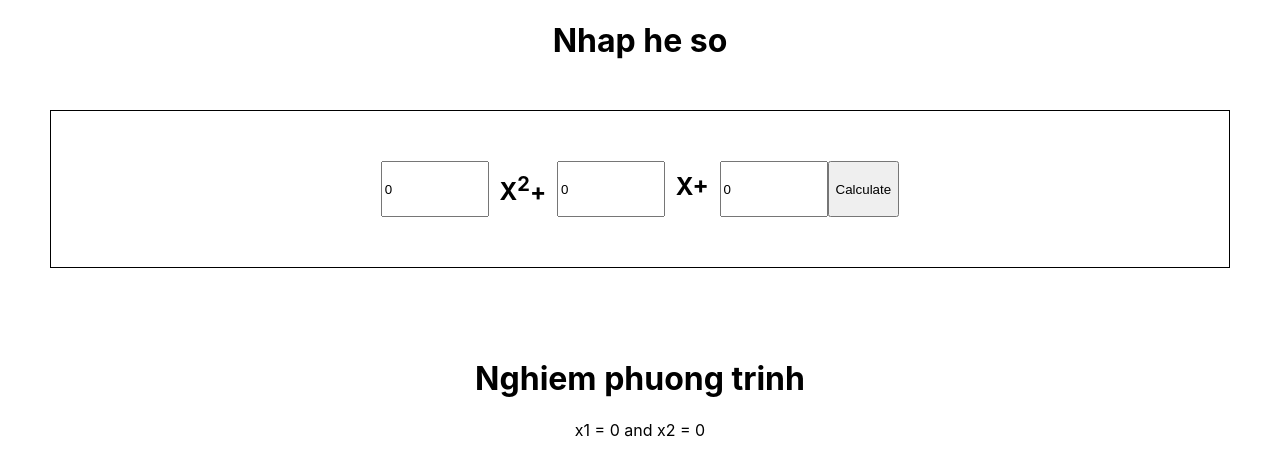
Repository: Trinvm1997/ReactExercise
Page: / (app in quadratic_equation/)
The author's editor kept a copy of each file at every save. The page is drawn from the files as they stood at one save, then again after the next save.
The browser window is 1280 px wide. The pictures show the whole page.
The project was rebuilt for these pictures with package versions that can differ from the ones it lists, and the page was loaded fresh each time.

Above is the page before, as saved 2020-12-24 10:24:06.

### quadratic_equation/src/App.js
import './App.css';
import React, { Component } from 'react';

class App extends Component {
  constructor(props) {
    super(props);
    this.state = {
      inputA:0,
      inputB:0,
      inputC:0,
      x1:0,
      x2:0

    };
    this.handleChange = this.handleChange.bind(this);
    this.handleSubmit = this.handleSubmit.bind(this);

  }

  handleChange(event) {
    const value = event.target.value;
    const name = event.target.name;
    this.setState({
      [name]: value
    });
  }

  handleSubmit(event) {
    event.preventDefault();
    if(Math.pow(this.state.inputB,2) - 4*this.state.inputA*this.state.inputC < 0){
      this.setState({
          x1: "undefined",
          x2: "undefined"
        });
    }else{
      this.setState({
      x1: (- this.state.inputB + Math.sqrt(Math.pow(this.state.inputB,2) - 4*this.state.inputA*this.state.inputC))/(2*this.state.inputA),
      x2: (- this.state.inputB - Math.sqrt(Math.pow(this.state.inputB,2) - 4*this.state.inputA*this.state.inputC))/(2*this.state.inputA)
    });
  }
}




  render() {
    return (
      <div className="App">
        <h1>Nhap he so</h1>
        <form>
          <input type="number" name="inputA" value={this.state.inputA} onChange={this.handleChange}></input>
          <h2>X<sup>2</sup>+</h2>
          <input type="number" name="inputB" value={this.state.inputB} onChange={this.handleChange}></input>
          <h2>X+</h2>
          <input type="number" name="inputC" value={this.state.inputC} onChange={this.handleChange}></input>
          <button onClick={this.handleSubmit}>Calculate</button>
        </form>
        <br/>
        <h1>Nghiem phuong trinh</h1>
        <p>x1 = {this.state.x1} and x2 = {this.state.x2}</p>
      </div>
    );
  }
}

export default App;

### quadratic_equation/src/App.css
.App {
  text-align: center;
}

.App-logo {
  height: 40vmin;
  pointer-events: none;
}

@media (prefers-reduced-motion: no-preference) {
  .App-logo {
    animation: App-logo-spin infinite 20s linear;
  }
}

.App-header {
  background-color: #282c34;
  min-height: 100vh;
  display: flex;
  flex-direction: column;
  align-items: center;
  justify-content: center;
  font-size: calc(10px + 2vmin);
  color: white;
}

.App-link {
  color: #61dafb;
}

form {
  display: flex;
  justify-content: center;
  border: 1px solid black;
  margin: 50px;
  padding: 50px;
}

h2 {
  margin: 1%;
}

input {
  width: 100px;
}

@keyframes App-logo-spin {
  from {
    transform: rotate(0deg);
  }
  to {
    transform: rotate(360deg);
  }
}

Loaded but not shown: quadratic_equation/public/index.html (common file); quadratic_equation/src/index.js (common file); quadratic_equation/src/index.css (common file); quadratic_equation/src/reportWebVitals.js (common file)

After the next save:
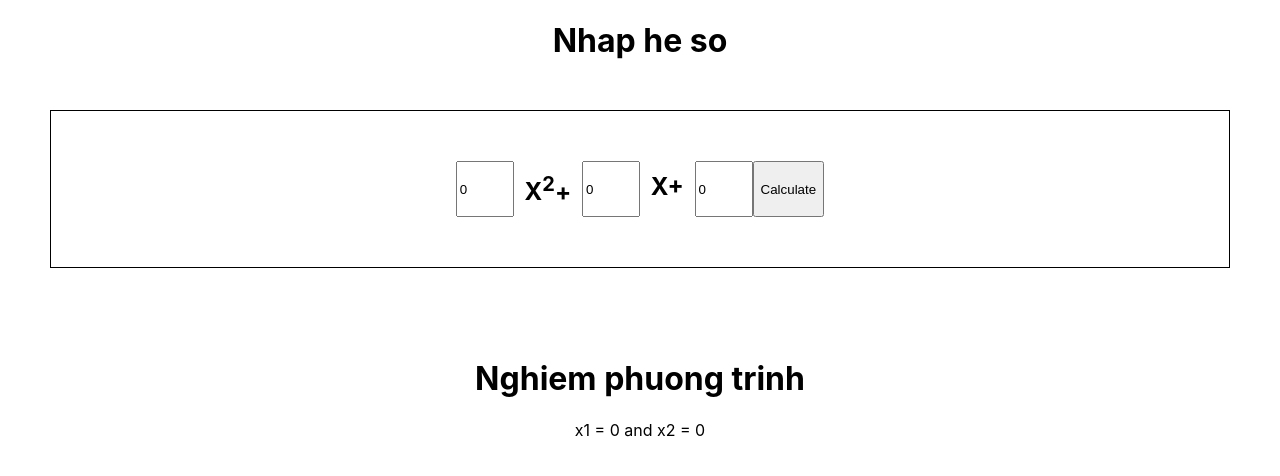
Saved 4 s later.
--- a/quadratic_equation/src/App.css
+++ b/quadratic_equation/src/App.css
@@ -41,7 +41,7 @@ h2 {
 }
 
 input {
-  width: 100px;
+  width: 50px;
 }
 
 @keyframes App-logo-spin {
